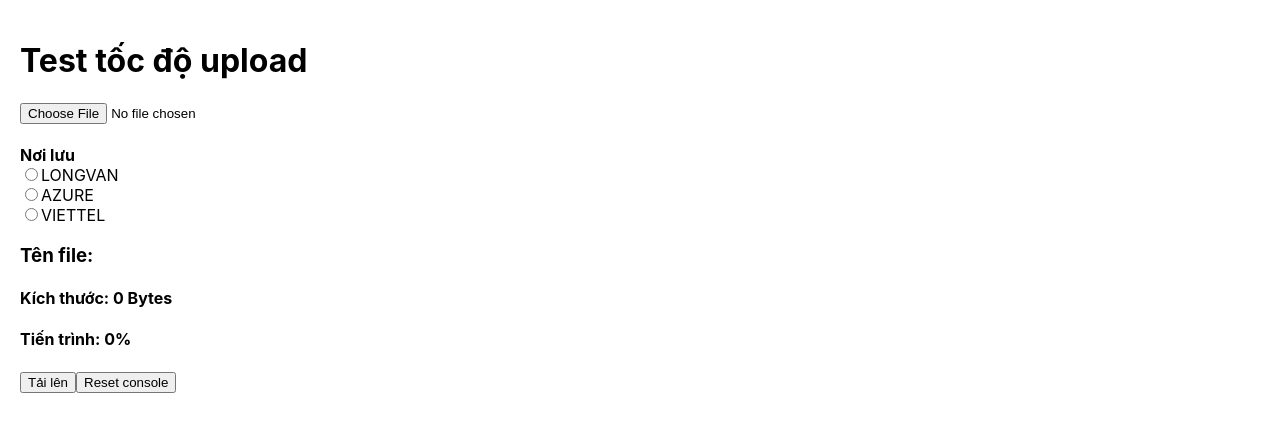
Repository: duc30012001/viettel-test-upload
Page: /
An editor plug-in stored every save of this project. The page is shown before and after the next save, followed by the edit.
The browser window is 1280 px wide. The pictures show the whole page.
The project was rebuilt for these pictures with package versions that can differ from the ones it lists, and the page was loaded fresh each time. Imported but missing from the stored project, and not drawn on this page: src/reportWebVitals.

Above is the page before, as saved 2023-03-16 12:52:09.

### src/App.jsx
// ./src/App.tsx

import React, { useState, useRef } from "react";
import { uploadToAzure, uploadToViettel, uploadToLongVan } from "./Upload";
import { getFileSize } from "./helper";

const DISTRIBUTOR = ["LONGVAN", "AZURE", "VIETTEL"];

const App = () => {
  const fileInput = useRef(null);
  const [file, setFile] = useState({});
  const [distributor, setDistributor] = useState("");
  const [progress, setProgress] = useState(0);
  const handleChangeProgress = (value) => {
    setProgress(value);
  };

  const handleUpload = async () => {
    if (!distributor) {
      alert("Vui lòng chọn nơi lưu");
      return;
    }

    const fileUploadInformation = {
      startTime: new Date(),
      file: file,
      objKey: file.name,
      reader: new FileReader(),
    };

    if (distributor === "AZURE") {
      await uploadToAzure(fileUploadInformation, handleChangeProgress);
    } else if (distributor === "VIETTEL") {
      await uploadToViettel(fileUploadInformation, handleChangeProgress);
    } else {
      await uploadToLongVan(fileUploadInformation, handleChangeProgress);
    }
  };

  const onChange = (e) => {
    setFile(e.target.files?.[0] || {});
  };

  const onChangeDistributor = (e) => {
    setDistributor(e.target.value);
  };

  const handleResetConsole = () => {
    console.log(
      "-----------------------------------------------------------------------------------",
    );
  };

  return (
    <div style={{ padding: "20px" }}>
      <h1>Test tốc độ upload</h1>
      <input ref={fileInput} onChange={onChange} type="file" />
      <div>
        <h4 style={{ marginBottom: 0 }}>Nơi lưu</h4>

        {DISTRIBUTOR.map((item) => (
          <React.Fragment key={item}>
            <input
              onChange={onChangeDistributor}
              type="radio"
              id={item}
              name="fav_language"
              value={item}
            />
            <label htmlFor={item}>{item}</label>
            <br />
          </React.Fragment>
        ))}
      </div>

      <h3>Tên file: {file.name || ""}</h3>
      <h4>Kích thước: {getFileSize(file.size || 0)}</h4>
      <h4>Tiến trình: {progress}%</h4>
      <button onClick={handleUpload}>Tải lên</button>
      <button onClick={handleResetConsole}>Reset console</button>
    </div>
  );
};

export default App;

### src/Upload/index.js
export * from "./uploadToAzure";
export * from "./uploadToViettel";
export * from "./uploadToLongVan";

### src/helper.js
import dayjs from "dayjs";

export const getFileSize = (bytes) => {
  if (bytes === 0) return "0 Bytes";
  let k = 1024,
    dm = 2,
    sizes = ["Bytes", "KB", "MB", "GB", "TB", "PB", "EB", "ZB", "YB"],
    i = Math.floor(Math.log(bytes) / Math.log(k));
  return parseFloat((bytes / Math.pow(k, i)).toFixed(dm)) + " " + sizes[i];
};

export function convertTime(startTime, endTime) {
  const time = endTime - startTime;
  const minutes = dayjs(time).format("mm");
  const seconds = dayjs(time).format("ss");
  return `${minutes} phút ${seconds} giây`;
}

### src/Upload/uploadToAzure.js
import { BlobServiceClient } from "@azure/storage-blob";
import { getFileSize, convertTime } from "../helper";

export const uploadToAzure = async (fileUploadInformation, setProgress) => {
  const { file } = fileUploadInformation;
  const containerName = "uploaded";
  const connectionString =
    "BlobEndpoint=https://antmusicdemo.blob.core.windows.net/;QueueEndpoint=https://antmusicdemo.queue.core.windows.net/;FileEndpoint=https://antmusicdemo.file.core.windows.net/;TableEndpoint=https://antmusicdemo.table.core.windows.net/;SharedAccessSignature=sv=2021-12-02&ss=bfqt&srt=co&sp=rwdlacupiytfx&se=2023-03-16T11:29:14Z&st=2023-03-16T03:29:14Z&spr=https&sig=o8MVlJ%2F45IHkzLmqR6WjuiMXJNNm%2FW6XZQ3bFEWURNQ%3D";
  const blobServiceClient =
    BlobServiceClient.fromConnectionString(connectionString);
  const containerClient = blobServiceClient.getContainerClient(containerName);
  const blockBlobClient = containerClient.getBlockBlobClient(file.name);

  try {
    await blockBlobClient.uploadBrowserData(file, {
      onProgress: (currentProgress) => {
        let newProgress = (
          (currentProgress.loadedBytes / file.size) *
          100
        ).toFixed(2);
        if (newProgress > 100) newProgress = 100;
        setProgress(newProgress);
      },
    });
    const endTime = new Date(); // End time of the upload

    const finishedTime = convertTime(fileUploadInformation.startTime, endTime);
    const fileSize = getFileSize(fileUploadInformation.file.size);
    const message = `AZURE  : Hoàn thành trong ${finishedTime} | Kích thước: ${fileSize}`;

    console.log(message);
    alert(message);

    return endTime;
  } catch (error) {
    console.error("Failed to upload file", error);
  }
};

### src/Upload/uploadToViettel.js
import AWS from "aws-sdk";
import { convertTime, getFileSize } from "../helper";

const CONFIG = {
  accessKey: "63048af01deccf617b4d",
  secretKey: "k2Wj7uoJ/QSw1GjMjZnboIoAPnlm+j6iQsXttv0z",
  endpoint: "s3-north.viettelidc.com.vn",
  bucket: "ant-music-trial-viettel",
};

let { accessKey, secretKey, endpoint, bucket } = CONFIG;

let s3 = new AWS.S3({
  accessKeyId: accessKey,
  secretAccessKey: secretKey,
  endpoint: endpoint,
  s3ForcePathStyle: true,
  //signatureVersion: "v3",
  sslEnabled: true,
  httpOptions: {
    timeout: 1000 * 60000,
  },
});

// ========================== UPLOAD MULTI PART ===========================
const PART_SIZE = 5 * 1024 * 1024;

export const uploadToViettel = (
  fileUploadInformation,
  handleChangeUploadProgress,
  distributor,
) => {
  const params = {
    Bucket: bucket,
    Key: fileUploadInformation.objKey,
    ContentType: fileUploadInformation.file.type,
    ACL: "public-read",
  };

  s3.createMultipartUpload(params, (mpErr, multipart) => {
    if (mpErr) {
      console.log("createMultipartUpload Error: ", mpErr);
      return;
    }
    uploadPart(
      s3,
      multipart,
      1,
      0,
      fileUploadInformation,
      handleChangeUploadProgress,
    );
  });
};

function uploadPart(
  s3,
  multipart,
  partNum,
  rangeStart,
  fileUploadInformation,
  handleChangeUploadProgress,
) {
  let progress = ((rangeStart / fileUploadInformation.file.size) * 100).toFixed(
    2,
  );
  if (progress > 100) progress = 100;
  handleChangeUploadProgress(progress);

  if (fileUploadInformation.file.size <= rangeStart) {
    getETag(multipart.UploadId, partNum - 1, fileUploadInformation);
    return;
  }

  fileUploadInformation.reader.readAsArrayBuffer(
    fileUploadInformation.file.slice(rangeStart, rangeStart + PART_SIZE),
  );
  fileUploadInformation.reader.onload = function startUploadAPart() {
    let byte2Upload = null;
    byte2Upload = fileUploadInformation.reader.result;
    const partParams = {
      Body: byte2Upload,
      Bucket: bucket,
      Key: fileUploadInformation.objKey,
      PartNumber: String(partNum),
      UploadId: multipart.UploadId,
    };

    s3.uploadPart(partParams, (multiErr, mData) => {
      if (multiErr) {
        console.log("multiErr, upload part error: ", multiErr);
        return;
      }
      byte2Upload = null;
      uploadPart(
        s3,
        multipart,
        partNum + 1,
        rangeStart + PART_SIZE,
        fileUploadInformation,
        handleChangeUploadProgress,
      );
    });
  };
}

function getETag(uploadId, totalPart, fileUploadInformation) {
  var listPartParams = {
    Bucket: bucket,
    Key: fileUploadInformation.objKey,
    UploadId: uploadId,
    MaxParts: totalPart,
    PartNumberMarker: 0,
  };
  s3.listParts(listPartParams, (err, data) => {
    if (err) {
      console.log("🚀 ~ file: UploadForm.js:187 ~ s3.listParts ~ err:", err);
      return;
    }

    var multipartMap = {
      Parts: [0],
    };
    for (let i = 0; i < data.Parts.length; i++) {
      let aPart = data.Parts[i];
      multipartMap.Parts[i] = {
        ETag: aPart.ETag,
        PartNumber: Number(aPart.PartNumber),
      };
    }

    var doneParams = {
      Bucket: bucket,
      Key: fileUploadInformation.objKey,
      MultipartUpload: multipartMap,
      UploadId: uploadId,
    };
    completeMultipartUpload(s3, doneParams, fileUploadInformation);
  });
}

function completeMultipartUpload(s3, doneParams, fileUploadInformation) {
  s3.completeMultipartUpload(doneParams, (err, data) => {
    if (err) {
      console.log("An error occurred while competing the multipart upload");
      console.log(err);
    } else {
      const endTime = new Date(); // End time of the upload

      const finishedTime = convertTime(
        fileUploadInformation.startTime,
        endTime,
      );
      const fileSize = getFileSize(fileUploadInformation.file.size);
      const message = `VIETTEL: Hoàn thành trong ${finishedTime} | Kích thước: ${fileSize}`;

      console.log(message);
      alert(message);
    }
  });
}

### src/Upload/uploadToLongVan.js
import AWS from "aws-sdk";
import { getFileSize, convertTime } from "../helper";

const CONFIG = {
  accessKey: "EUMTEDYNRU6NEV7CQ1P0",
  secretKey: "0xCTFBIzeanOPzACW8hWJ83q84EzLxllPY9u3BDp",
  endpoint: "s3-hcm-r1.longvan.net",
  bucket: "ant-music-bucket-test",
};

let { accessKey, secretKey, endpoint, bucket } = CONFIG;

let s3 = new AWS.S3({
  accessKeyId: accessKey,
  secretAccessKey: secretKey,
  endpoint: endpoint,
  s3ForcePathStyle: true,
  //signatureVersion: "v3",
  sslEnabled: true,
  httpOptions: {
    timeout: 1000 * 60000,
  },
});

export const uploadToLongVan = (
  fileUploadInformation,
  handleChangeUploadProgress,
) => {
  const { file, objKey, startTime } = fileUploadInformation;
  const params = {
    Body: file,
    Bucket: bucket,
    Key: objKey,
  };

  const managedUpload = new AWS.S3.ManagedUpload({
    partSize: file.size + 10 * 1024 * 1024,
    queueSize: 1,
    params: params,
    service: s3,
  });

  managedUpload.on("httpUploadProgress", (progress) => {
    const progressVariable = Math.round(
      (progress.loaded / progress.total) * 100,
    );
    handleChangeUploadProgress(progressVariable);
  });
  managedUpload.send((err, data) => {
    if (err) {
      alert("File upload lỗi", err);
      return;
    }
    const endTime = new Date(); // End time of the upload

    const finishedTime = convertTime(startTime, endTime);
    const fileSize = getFileSize(fileUploadInformation.file.size);
    const message = `LONGVAN: Hoàn thành trong ${finishedTime} | Kích thước: ${fileSize}`;

    console.log(message);
    alert(message);
  });
};

Loaded but not shown: public/index.html (common file); src/index.jsx (common file); src/index.css (common file)

After the next save:
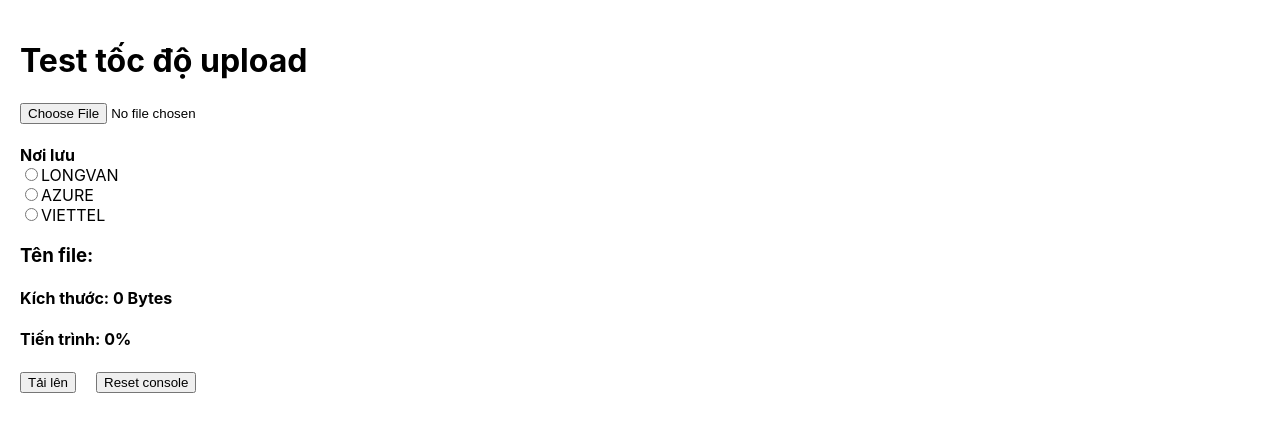
Saved 110 s later.
--- a/src/App.jsx
+++ b/src/App.jsx
@@ -49,6 +49,9 @@ const App = () => {
     console.log(
       "-----------------------------------------------------------------------------------",
     );
+    fileInput.current.files = [];
+    setFile({});
+    handleChangeProgress(0);
   };
 
   return (
@@ -77,7 +80,9 @@ const App = () => {
       <h4>Kích thước: {getFileSize(file.size || 0)}</h4>
       <h4>Tiến trình: {progress}%</h4>
       <button onClick={handleUpload}>Tải lên</button>
-      <button onClick={handleResetConsole}>Reset console</button>
+      <button style={{ marginLeft: "20px" }} onClick={handleResetConsole}>
+        Reset console
+      </button>
     </div>
   );
 };
